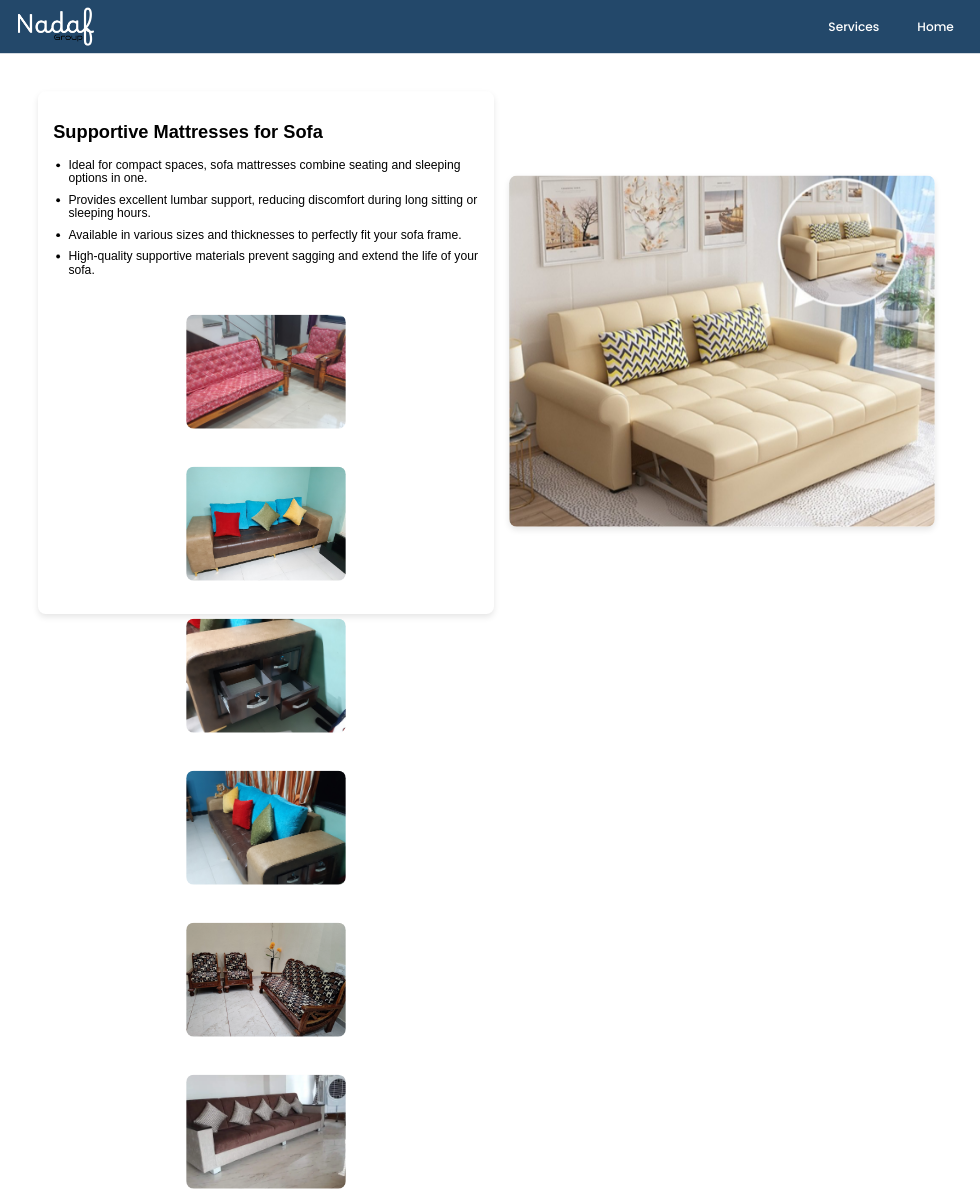
Repository: nadafgroup/rashidgadiUI
Page: src/sofa.html
These files come from the project's save history. The page is drawn as it stood at one moment and after the next save; the edit follows.
The browser window is 1280 px wide. The page is 1290 px wide, so the pictures cover 1290 px, including what lies to the right of the window. The pictures show the whole page, at 76% of full size.

Above is the page before, as saved 2025-01-30 17:40:15.

After the next save:
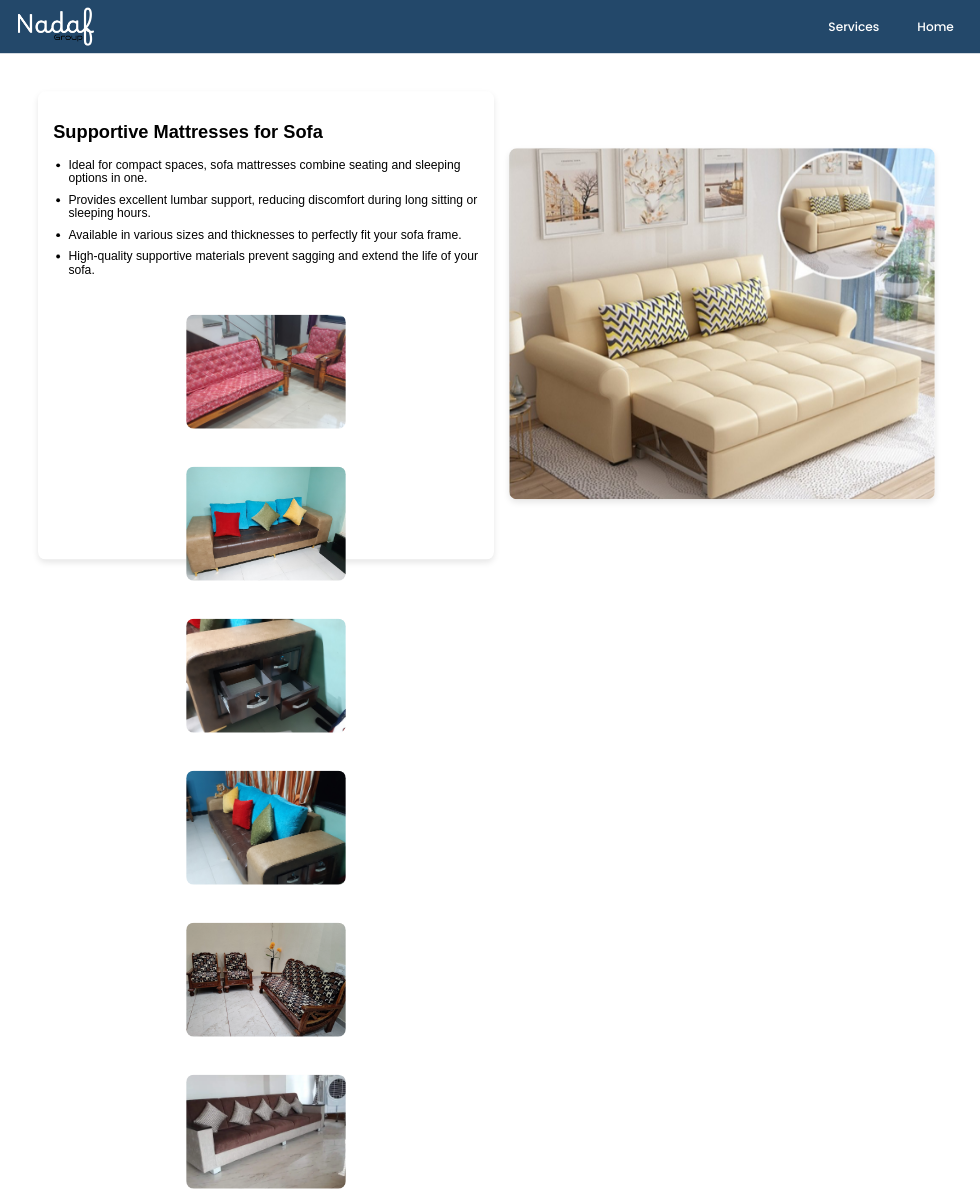
Saved 10 s later.
--- a/src/sofa.html
+++ b/src/sofa.html
@@ -35,7 +35,7 @@
     </header>
 
     <div class="container">
-        <div class="info" style="height: 90vh;">
+        <div class="info" style="height: 80vh;">
             <h2>Supportive Mattresses for Sofa</h2>
             <ul>
                 <li>Ideal for compact spaces, sofa mattresses combine seating and sleeping options in one.</li>
